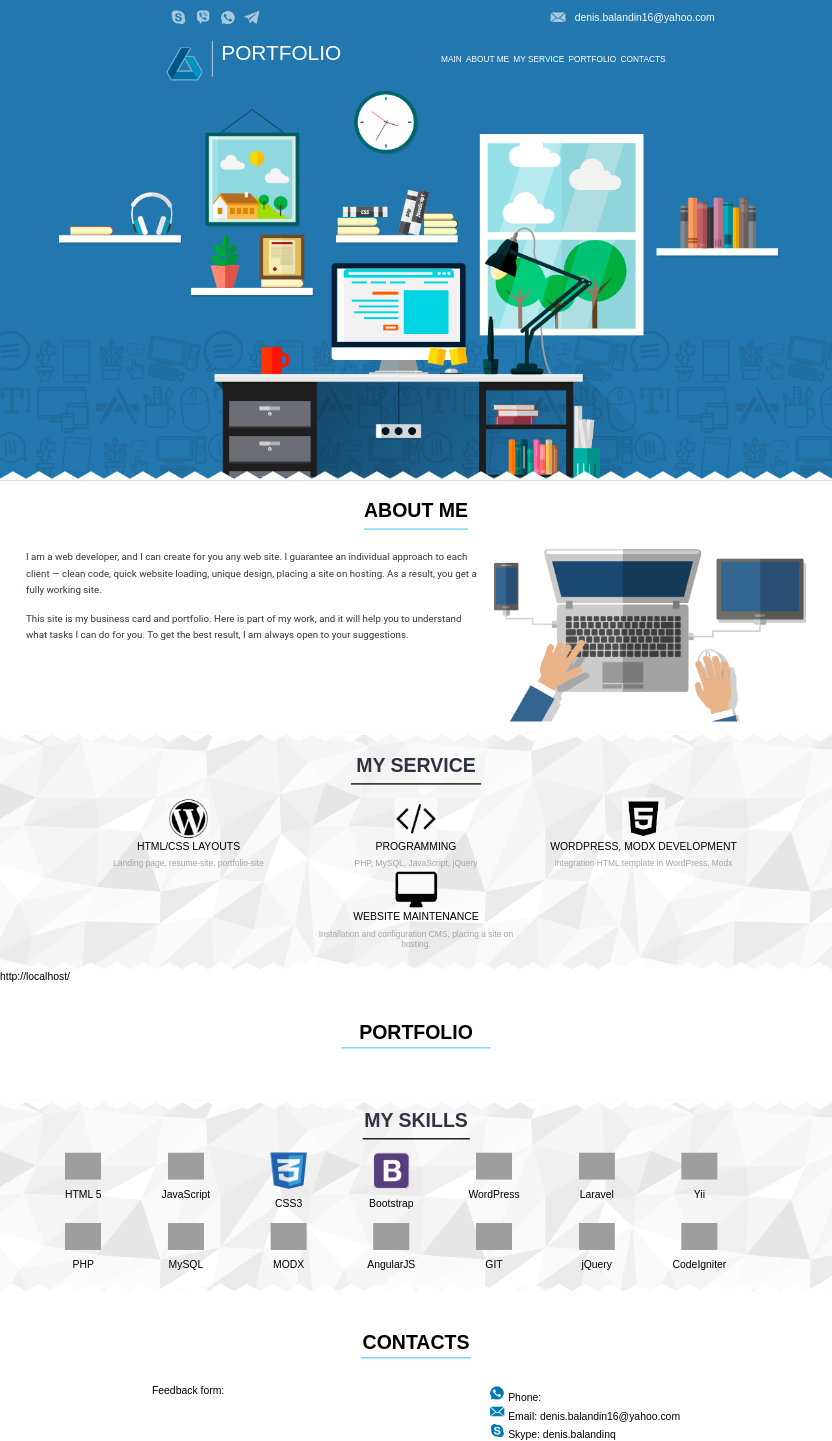
Repository: DenisBalandin/Portfolio
Page: /
The author's editor kept a copy of each file at every save. The page is drawn from the files as they stood at one save, then again after the next save.
The browser window is 1280 px wide. The pictures show the whole page, at 65% of full size.
Pictures or frames that could not be fetched are drawn as grey boxes. The page's requests for data from a server got no answer. The project was rebuilt for these pictures with package versions that can differ from the ones it lists, and the page was loaded fresh each time. No one was signed in, and anything a server would have sent is missing. Also part of the build but not shown: src/ItemPage.js.

Above is the page before, as saved 2020-03-06 18:52:18.

### src/App.js
import React from 'react';
import './style.scss';
import ItemPage from './ItemPage';
import Home from './Home';
import Header from './Header';


import {BrowserRouter as Router,Route, Link} from 'react-router-dom';

function App(){
  return (
    <Router>
      <Header/>
      <Route exact path="/pageitem" component={ItemPage} />

      <Route exact path="/pageitem/:itemid" component={ItemPage} />
      <Route exact path="/" component={Home} />
    </Router>
  );
}

export default App;

### src/style.scss
*{padding: 0; margin: 0;}
body{font-family: Arial; min-width: 500px; }
a{text-decoration: none; color: #FFFFFF; text-decoration: none;}
li{list-style: none;}



/* Heder */
#first_page_bg{
    width:100%;
    height: 70%;
    background: #2277ae;
    header{
        width: 60%;
        margin: 0 auto 0 auto;
        .up_menu_links{
            display: flex;
            justify-content: space-between;
           padding: 2% 0 0 0;
            .social_link{
                width: 30%;
                a{
                    margin: 0 3% 0 3%;
                }
            }
            .email_heder{
                width: 23%;
                span{
                    position: absolute;
                    margin: 0.2% 0 0 1%;
                }
            }
        }

        menu{
            margin: 30px 0 20px 0;
            display: flex;
           justify-content: space-between;
            .logo{
                width: 35%;
                display: flex;
                img{
                    width: 100%;
                }
                .company_name{
                    // margin: 0.3% 0 0 5%;
                    // height: 90%;
                    padding: 0 0 0 5%;

                    border-left: #FFFFFF 1px solid;
                    font-size: 2.5vw;
                    height: 100%;
                    vertical-align: middle;
                }
            }
            .menu_heder{
                padding: 1.2% 0 0 0;
                width: 45%;
                display: flex;
                justify-content: space-between;
                font-size: 1vw;
            }


        }
    }

}





// .menu div{ margin: -1px 5px 0 5px; color:#ffffff; font-size: 17px;  display: flex;
//     flex-direction:row;
//     flex-wrap: wrap;
//     justify-content: center;}
// .menu div a{color:#ffffff; font-size: 20px;}
/*Top menu end*/
/*Heder end*/

/*Page*/
#first_page_bg_single{ width: 100%; height: 195px; background: #2277ae; padding:0px 0 0 0; overflow: hidden;}
.bg_page_insaide_page{width: 100%; background: url("img/pattop1.png") repeat-x; height: 230px; position: relative; z-index:5;}
.deltatop_page_page{width: 100%; background: url("img/deltatop.png") repeat-x; height: 14px; position: relative; z-index: 20; margin: -13px 0 0 0;}
#content_page{
    max-width: 1200px;
    margin: 30px auto 0px auto;
    display: flex;
    flex-wrap: wrap;
    flex-direction: row;
    justify-content: space-around;
}
.content_pageh1{
    font-size: 30px;
    text-transform: uppercase;
    text-align: center;
    font-weight: bold;
    position: relative;
    margin-bottom: 30px;
    color:#303440;
    text-decoration: underline;
    padding: 40px 0 10px 0;
}
#content_page img{
    width: 100%;
    height: auto;
}
/*Page end*/
.order_site{float: right; margin: 15px 0 0 20px; width: 178px; height: 30px; border: 1px solid #6ca6cd; text-align: center; color: #ffffff; padding: 10px 0 0 0; font-size: 14px; box-shadow: 9px 8px 4px -7px #2277ae; }
.order_site:hover{background: #0298cc; cursor: pointer;}
.company_name{
    color: #ffffff;
    font-size: 45px;
    margin: -10px 0 0 15px;
}
.company_name a{color: #FFFFFF;}
.company_name a:hover{color: #FFFFFF; text-decoration: none;}
.logo_border{
    width: 1px; height: 50px; background: #FFFFFF; margin: 0 10px 0 25px;
}
.content_description{
    max-width: 750px;
    height: 60px;
    float: left;
    font-size: 14px;
    color: #303440;
    margin: 0 0px 0 0;
}
.tools{ font-size: 15px; color: #303440; padding: 0 0 0 0px; }
.content_link{font-size: 15px; color: #303440; margin:0px 0 20px 0;}
.content_link a{color: #303440; text-decoration: underline;}
.content_link a:hover{text-decoration: none;}
.content_text{
    width: 80%;
    background: #fff;
    border: 1px solid #59759b;
    overflow: hidden;
    margin: 0 auto 0 auto;
}
.content_text img{
    width: 100%!important;
    height: 50%!important;
}
.web_line{ background:url("img/web_line.jpg")no-repeat;  display: inline-block; height: 69px; max-width: 1150px; margin: 0 0 -5px 0; border-right: 1px solid #59759b; border-left: 1px solid #59759b; border-top: 1px solid #59759b;}
.content_url{float: left; margin: 40px 0 0 160px;}
.content_url a{color: #585353;}
/*Links end*/
.flex-container {
    display: flex;
    flex-direction:  row-reverse;
}
/*Top Menu*/
.heder_menu{
    display: flex;
}
.top_menu{
    margin: 20px 0;
    display: flex;
    flex-direction:row;
}
/*Page bg*/
.page_bg{
    margin: -10px auto 0 auto;
}
.bg_page_insaide{width: 100%; background: url("img/pattop.png") repeat-x;  position: relative; z-index:5; background-position: bottom;
    display: flex;
    flex-direction: column;
}
.bg_page_insaide_single{width: 100%; margin: 15px 0 0 0; background: url("img/pattop.png") repeat-x; height: 130px; position: relative; z-index:5;}
.deltatop_page{width: 100%; background: url("img/deltatop.png") repeat-x; height: 14px; position: relative; z-index: 20; margin: -14px 0 0 0;}
/*Page bg end*/

/*About me*/
#about_me{
    max-width: 1200px;
    margin:  30px auto 70px auto;
}
#about_me h1{
    font-size: 30px;
    text-transform: uppercase;
    margin: 0 auto 30px auto;
    font-weight: bold;
    position: relative;
    border-bottom: 2px solid #6dcff6;
    width: 160px;
    padding: 0 0 10px 0;
}
#about_me p{    box-sizing: border-box;
    font: 15px "Roboto";
    line-height: 25px;
    color: #303440; margin: 20px 0 13px 0;}
#about_me img{
    padding: 0 0 0 20px;
    margin: 0 0 20px 0;
}
/*About me end*/

/*My Service*/
#my_service_bg{
    height: 100%;
    background: url("img/bgdelta.png") repeat-x;
}
.my_service_line_top{
    width: 100%;
    height: 14px;
    background: url("img/deltabottom.png") repeat-x;
}
.my_service_line_bottom{
    width: 100%;
    height: 14px;
    background: url("img/deltatop.png") repeat-x;
}
#my_service{
    max-width: 1500px;
    margin: 0px auto 20px auto;
    display: flex;
    flex-direction:row;
    flex-wrap: wrap;
    justify-content: center;

}
#my_service_bg h3{
    font-size: 30px;
    text-transform: uppercase;
    font-weight: bold;
    color: #303440;
    width: 200px;
    text-align: center;
    margin: 20px auto 20px auto;
    border-bottom: 2px #000000 solid;
    padding: 0 0 10px 0;
}
#my_service div{
    display: flex;
    flex-direction:column;
    flex-wrap: wrap;
    justify-content: center;
}
#my_service div img{
    margin:  0 auto 0 auto;
}
.text_1{
    text-align: center;
    padding: 0 25px 0 25px;
    font-size: 1em;
}
.text_2{
    text-align: center;
    padding: 0 25px 0 25px;
    color:#a4a4a4;
    font-size: 5em;
    width: 300px;
}
/*My service end*/

/*Portfolio*/
#portfolio{
    max-width: 1200px;
    margin: 0 auto 40px auto;
    display: flex;
    flex-direction:row;
    flex-wrap: wrap;
    justify-content: center;
}
.portfolioh3{
    font-size: 30px;
    text-transform: uppercase;
    text-align: center;
    font-weight: bold;
    position: relative;
    border-bottom: 2px solid #6dcff6;
    width: 230px;
    margin: 60px auto 40px auto;
    padding: 0 0 5px 0;
}
#portfolio .portfolioblock{
    border: 1px solid #bfd2e1;
    width: 368px;
    margin: 10px;
    box-shadow: 5px 5px 4px -5px #000000;
}
#portfolio div img{
    margin: -12px 0 0px 0;
    display: inline-block;
}
.p_name{
    background:#2d7eb2;
    text-align: center;
    height: 40px;
    opacity: 0.8;
    padding: 2px 20px;
    margin: 0 auto 0 auto;
}
.p_name a{
    font-size: 20px;
    color: #ffffff;
}
.p_name:hover{
    text-decoration: none;
}
/*Portfolio end*/

/*Content blog*/
#content_blog{ max-width: 1200px;  margin: 0 auto 40px auto; min-height: 300px;}
/*Content blog end*/



/*I used*/
#my_skils_bg{
    width: 100%;
    height: 100%;
    background: url("img/bgdelta.png") repeat-x;
    margin: 0 0 40px 0;
}
.my_skils_line_top{
    width: 100%;
    height: 14px;
    background: url("img/deltabottom.png") repeat-x;
}
.my_skils_line_bottom{
    width: 100%;
    height: 14px;
    background: url("img/deltatop.png") repeat-x;
}
#my_skils{
    max-width: 1200px;
    margin: 10px auto 0px auto;
    display: flex;
    flex-direction:row;
    flex-wrap: wrap;
}
#my_skils div img{}
.my_skillsh3{
    font-size: 30px;
    text-transform: uppercase;
    font-weight: bold;
    color: #303440;
    width: 165px;
    text-align: center;
    margin: 0 auto 20px auto;
    border-bottom: 2px #000000 solid;
    padding: 0 0 10px 0;
}
#my_skils div{ width: 140px; text-align: center; margin: 0 0 20px 18px;}
#my_skils div img{margin: 0 0 10px 0; width:40%;}
.about_me_img{}
.text_1{ text-align: center;}
.text_2{ text-align: center; margin: 10px 0 0 0; color:#a4a4a4; font-size: 13px;}
/*I used end*/

/*Portfolio*/
.contactsh3{
    font-size: 30px;
    text-transform: uppercase;
    text-align: center;
    font-weight: bold;
    position: relative;
    border-bottom: 2px solid #6dcff6;
    width: 170px;
    margin: 60px auto 40px auto;
    padding: 0 0 5px 0;
}
#contacts{
    max-width: 1200px;
    margin: 0 auto 0px auto;
    display: flex;
    flex-direction:row;
    flex-wrap: wrap;
    justify-content: space-around;
}
.formcont{ margin: 0 20px 0 0;}
.formcont input{border: 1px solid #dddddd; margin: 10px 0 10px 0; width: 250px; height: 30px; color: #666666; padding: 0 0 0 10px;}
.formcont textarea{border: 1px solid #dddddd; margin: 10px 0 10px 0; width: 410px; height: 70px; color: #666666; padding: 15px 0 0 10px;}
.formcont button{ background:#0298cc; height: 40px; width: 180px; color: #ffffff; font-size: 18px; border: 1px solid #6ca6cd; cursor: pointer;}
.formcont button:hover{ background:#2277ae;}
/*Portfolio end*/

/*Footer*/
#footer_bg{background: #2277ae; width: 100%; height: 100px; margin: 50px 0 0 0; }
#footer{max-width: 1200px;  margin: 10px auto 0px auto; height: 50px;}
.copyright{ color: #ffffff; margin: 25px 0 0 10px;}
.footermenu{ margin: 25px 0 0 0;}
.footermenu li{float: left; font-size: 14px; margin: 0 10px 0 10px; color: #ffffff; border-bottom: 1px solid #ffffff;}
.footermenu li:hover{border-bottom: 1px solid #2277ae;}
/*footer end*/


@media all and (max-width: 900px) {
    #my_service div img {
        width: 0%;
    }

    #about_me p img {
        width: 0%;
    }

    #my_skils div img {
        width: 0% !important;
    }

    #my_skils{
        justify-content: space-around!important;
    }
    #my_skils div{
        margin: 0 !important;
    }
    .top_menu{
        display: none!important;
    }
    .menu{
        margin: 10px 0 40px 0!important;
        justify-content: space-around !important;
    }
    #about_me p{
        padding: 0 30px 0 30px!important;
    }
}

### src/Home.js
import React,{Component} from 'react';
import AboutMe from './AboutMe';
import MyService from './MyService';
import MySkills from './MySkills';
import Contacts from './Contacts';
import Portfolio from './Portfolio';
import {BrowserRouter as Router,Route, Link} from 'react-router-dom';


class Home extends Component{
    render(){
        return(
            <div>
                <Router>
                    <AboutMe/>
                    <MyService/>
                    <Portfolio/>
                    <MySkills/>
                    <Contacts/>
                </Router>
            </div>
        );
    }
}
export default Home;

### src/Header.js
import React from 'react';
import skype from './img/skype_icon.jpg';
import viber from './img/viber_icon.jpg';
import whatsap from './img/whatsap.jpg';
import telegram from './img/telegram.jpg';
import email from './img/email.jpg';
import logo from './img/logo.png';
import background from './img/background.png';


function Header(){
    return(
        <div id="first_page_bg" >
        {/* <!--Links--> */}
            <header>
            <div className="up_menu_links">
                <div className="social_link">
                    <a href="#"><img src={skype}/></a>
                    <a href="#"><img src={viber}/></a>
                    <a href="#"><img src={whatsap}/></a>
                    <a href="#"><img src={telegram}/></a>
                </div>
                <div className="email_heder">
                    <a href="#">
                        <img src={email}/>
                        <span>denis.balandin16@yahoo.com</span>
                    </a>
                </div>
            </div>
            {/* <!--Links end--> */}
            {/* <!--Menu--> */}
            <menu>
                <div className="logo">
                    <div>
                        <a href="/">
                        <img src={logo} />
                        </a>
                    </div>
                    <div className="company_name">
                        <a href="/">PORTFOLIO</a>
                    </div>
                </div>




                <div className="menu_heder">
                    <div>
                        <a href="/">MAIN</a>
                    </div>
                    <div>
                        <a href="#about_me">ABOUT ME</a>
                    </div>
                    <div>
                        <a href="#my_service">MY SERVICE</a>
                    </div>
                    <div>
                        <a href="#portfolio">PORTFOLIO</a>
                    </div>
                    <div>
                        <a href="#contacts">CONTACTS</a>
                    </div>
                </div>
            </menu>
            {/* <!--Menu end--> */}
        </header>
        <div className="bg_page_insaide">
            <div className="page_bg">
                <img src={background} width="100%" />
            </div>
        </div>
        <div className="deltatop_page"></div>
    </div>
    );
}
export default Header;

### src/AboutMe.js
import React from 'react';
import aboutme from './img/aboutme.png';

function AboutMe(){
    return(
        <div id="about_me">
            <h1>ABOUT ME</h1>
            <p>
                <img className="about_me_img" align="right" src={aboutme} width="40%"/>
                I am a web developer, and I can create for you any web site. I guarantee an individual approach to each client — clean code, quick website loading, unique design, placing a site on hosting. As a result, you get a fully working site.
            </p>
            <p>
                This site is my business card and portfolio. Here is part of my work, and it will help you to understand what tasks I can do for you. To get the best result, I am always open to your suggestions.
            </p>
            <br/><br/><br/>
        </div>
    );
}
export default AboutMe;

### src/MyService.js
import React from 'react';
import wordpress from './img/wordpress_icon.jpg';
import teg from './img/teg.jpg';
import html5 from './img/hml5_icon.jpg';
import monitor from './img/monitor.jpg';

function MyService(){
    return(
        <div id="my_service_bg">
        <div className="my_service_line_top"></div>
          <h3>MY SERVICE</h3>
        <div id="my_service">
            <div>
              <img src={wordpress} />
              <div className="text_1">HTML/CSS LAYOUTS</div>
              <div className="text_2">Landing page, resume-site, portfolio-site</div>
            </div>
            <div>
              <img  src={teg} />
              <div className="text_1">PROGRAMMING</div>
              <div className="text_2">PHP, MySQL, JavaScript, jQuery</div>
            </div>
            <div>
              <img src={html5}/>
              <div className="text_1">WORDPRESS, MODX DEVELOPMENT</div>
              <div className="text_2">Integration HTML template in WordPress, Modx</div>
            </div>
            <div>
              <img src={monitor}/>
              <div className="text_1">WEBSITE MAINTENANCE</div>
              <div className="text_2">Installation and configuration CMS, placing a site on hosting.</div>
            </div>
        </div>
        <div className="my_service_line_bottom"></div>
      </div>
    );
}
export default MyService;

### src/MySkills.js
import React from 'react';
import css3 from './img/css3.png';
import bootstrap from './img/bootstrap.png';

function MySkills(){
    return(
        <div id="my_skils_bg">
            <div className="my_skils_line_top"></div>
            <h3 className="my_skillsh3">My Skills</h3>
            <div id="my_skils">
                <div>
                    <img src="<?php bloginfo('template_directory'); ?>/img/html5.png" />
                    <p>HTML 5</p>
                </div>
                <div>
                    <img src="<?php bloginfo('template_directory'); ?>/img/js.png"/>
                    <p>JavaScript</p>
                </div>
                <div><img src={css3}/> <p>CSS3</p></div>
                <div><img src={bootstrap}/><p>Bootstrap</p></div>
                <div><img src="<?php bloginfo('template_directory'); ?>/img/wordpress.png"/><p>WordPress</p></div>
                <div><img src="<?php bloginfo('template_directory'); ?>/img/laravel.png"/><p>Laravel</p></div>
                <div><img src="<?php bloginfo('template_directory'); ?>/img/yii.png"/><p>Yii</p></div>
                <div><img src="<?php bloginfo('template_directory'); ?>/img/php.png"/><p>PHP</p></div>
                <div><img src="<?php bloginfo('template_directory'); ?>/img/mysql.png"/><p>MySQL</p></div>
                <div><img src="<?php bloginfo('template_directory'); ?>/img/modx.png"/><p>MODX</p></div>
                <div><img src="<?php bloginfo('template_directory'); ?>/img/angular.png"/><p>AngularJS</p></div>
                <div><img src="<?php bloginfo('template_directory'); ?>/img/git.png"/><p>GIT</p></div>
                <div><img src="<?php bloginfo('template_directory'); ?>/img/jquery.png"/><p>jQuery</p></div>
                <div><img src="<?php bloginfo('template_directory'); ?>/img/codeigniter.png"/><p>CodeIgniter</p></div>
            </div>
            <div className="my_service_line_bottom"></div>
        </div>
    );
}
export default MySkills;

### src/Contacts.js
import React from 'react';
import skype_cont from './img/skype_cont.jpg';
import mail_cont from './img/mail_cont.jpg';
import phone_cont from './img/phone_cont.png';

function Contacts(){
    return(
        <>
            <h3 className="contactsh3">CONTACTS</h3>
            <div id="contacts">
                <div className="formcont">
                    <p>Feedback form:</p>

                </div>
                <div className="contacts">
                    <div>
                    <img src={phone_cont}/> <span>Phone:</span>
                    </div>
                    <div>
                    <img src={mail_cont}/> <span>Email: denis.balandin16@yahoo.com  </span>
                    </div>
                    <div>
                    <img src={skype_cont}/> <span>Skype: denis.balandinq </span>
                    </div>
                </div>
            </div>
        </>
    );
}
export default Contacts;

### src/Portfolio.js
import React,{Component} from 'react';
import portfolioicon from './img/portfolioicon.jpg';
import { db } from "./firebase";
import ReactHtmlParser, { processNodes, convertNodeToElement, htmlparser2 } from 'react-html-parser';
import {BrowserRouter as Router,Route, Link} from 'react-router-dom';

class Portfolio extends Component{
    constructor(props){
        super(props);
        this.state = {
            pages:[]
        }
    }
    componentDidMount(){
        this.getFetch();
    }
    getFetch = () => {
        // db.collection("messages")
        // .get()
        // .then(querySnapshot => {
        //     let fullArray = [];
        //     const data = querySnapshot.docs.map(doc => doc.data());
        //     for(var int = 0; int < data.length; int++){
        //         fullArray[int] = {
        //             name: data[int].name,
        //             date:data[int].date,
        //             check:data[int].check,
        //             id: querySnapshot.docs[int].id,
        //         }
        //     }
        //     this.setState({ users: fullArray });
        // });
        fetch('http://testwoo/wp-json/wp/v2/posts')
        .then(response => response.json())
        .then(
            result => this.setState({
                pages:result
            })
        );
    }

    render(){
       return(
           <>
           {window.location.href}
            {/* <Route exact path="/"  component={Home}/> */}
            <h3 className="portfolioh3">PORTFOLIO</h3>
            <div id="portfolio">
                {this.state.pages.map((page, index)=>
                    <div className="portfolioblock">
                        {/* <Link to={`/pageitem/${page.id}`}>
                            <img src={portfolioicon}  width="368"/>
                            { ReactHtmlParser(page.excerpt.rendered)}
                        </Link>
                        <div className="p_name">
                            <a href="/pexuniverse/">{page.title.rendered}</a>
                        </div> */}
                    </div>
                )}


            </div>
        </>
       );
   }
}
export default Portfolio;

### src/firebase.js
import firebase from 'firebase';

const firebaseApp = firebase.initializeApp({
    apiKey: "AIzaSyBH21wpMVzXC2kYGnD8x1tI6ru-zdWNAqs",
    authDomain: "test-4ba23.firebaseapp.com",
    databaseURL: "https://test-4ba23.firebaseio.com",
    projectId: "test-4ba23",
    storageBucket: "test-4ba23.appspot.com",
    messagingSenderId: "597606478464",
    appId: "1:597606478464:web:6e48455407186638df2c65",
    measurementId: "G-NDR2C185V9"
});

const db = firebaseApp.firestore();

export {db};

Loaded but not shown: public/index.html (common file); src/index.js (common file); src/index.css (common file); src/serviceWorker.js (common file)

After the next save:
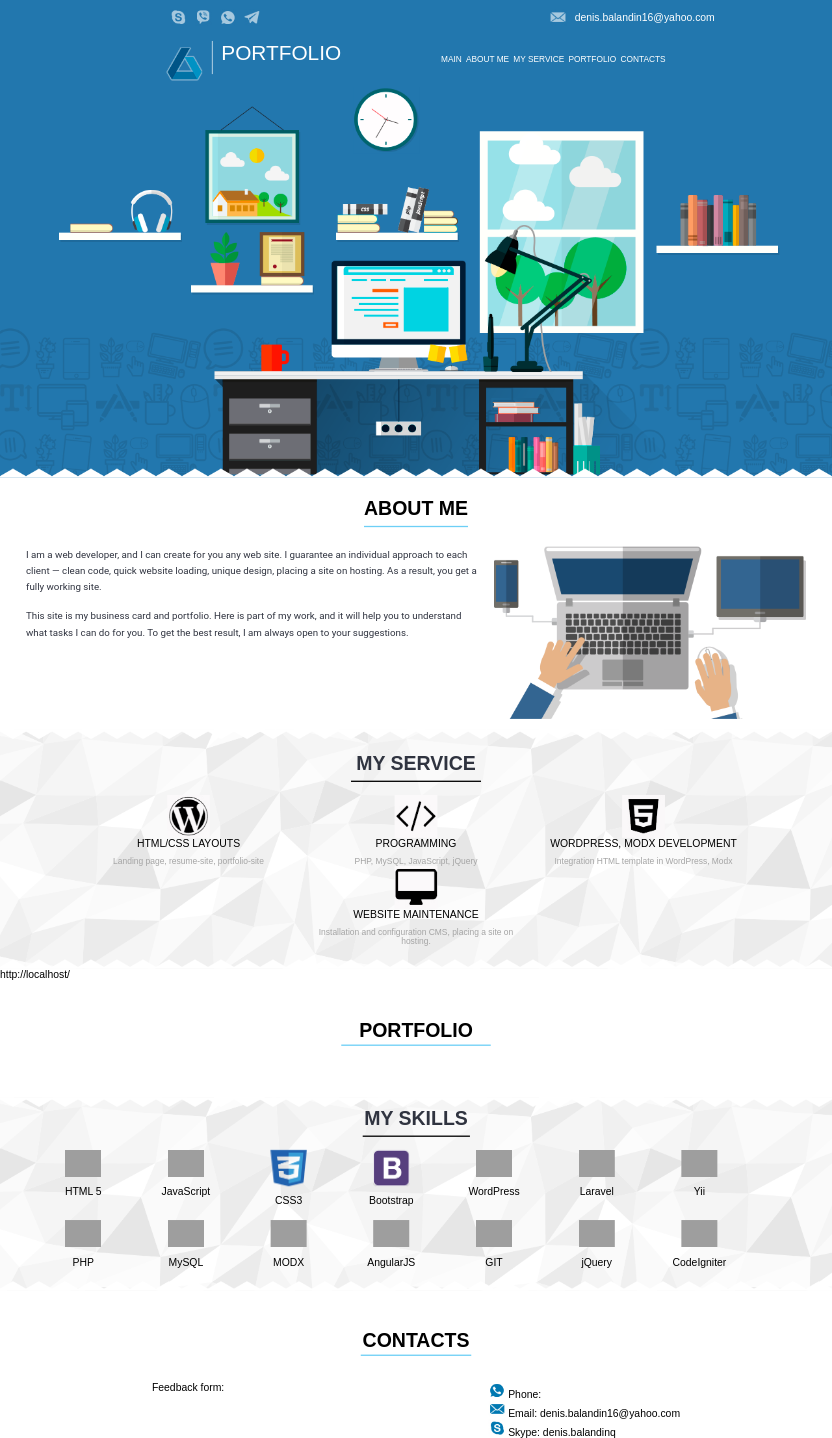
Saved 78 s later.
--- a/src/style.scss
+++ b/src/style.scss
@@ -41,6 +41,9 @@
                 display: flex;
                 img{
                     width: 100%;
+                    display: table-cell;
+                    text-align: center;
+                    vertical-align: middle;
                 }
                 .company_name{
                     // margin: 0.3% 0 0 5%;
